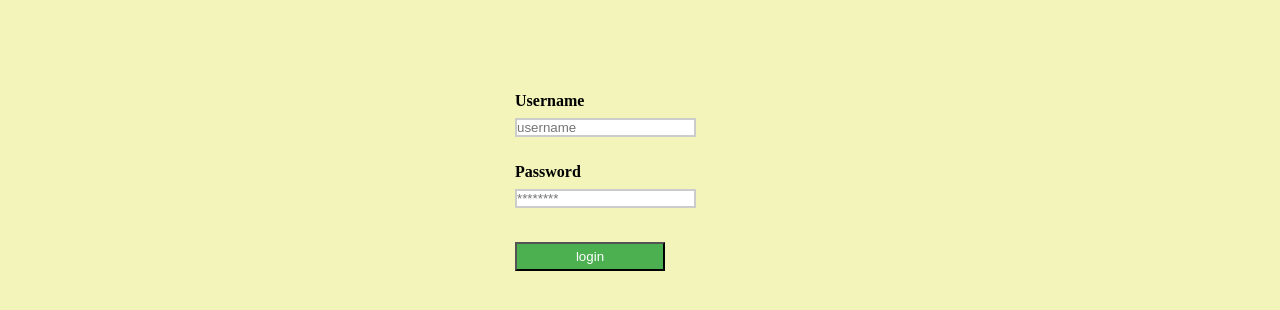
Repository: SriMerla/ServletsAndJsps
Page: http://localhost/WebApplicationProject/roles.jsp
An editor plug-in stored every save of this project. The page is shown before and after the next save, followed by the edit.
The browser window is 1280 px wide. The pictures show the whole page.
The page is served by Tomcat 9.

Above is the page before, as saved 2020-01-30 04:04:41.

After the next save:
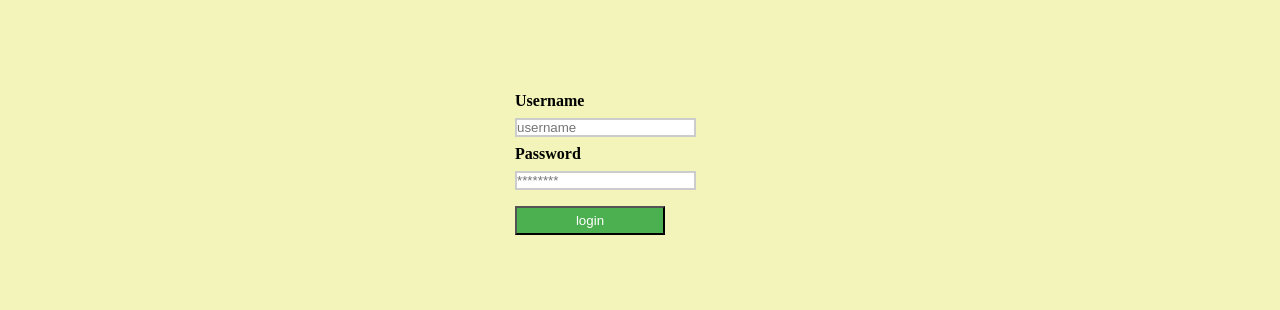
Saved 20 s later.
--- a/Servlets/WebApplicationProject/WebContent/roles.jsp
+++ b/Servlets/WebApplicationProject/WebContent/roles.jsp
@@ -12,9 +12,9 @@
   <div class="form-container">
   <form action="roles">
    <b>Username</b> <br>
-   <input type="text" name="username" placeholder="username"><br><br>
+   <input type="text" name="username" placeholder="username"><br>
    <b>Password</b> <br>
-   <input type="password" name="password" placeholder="********"><br><br>
+   <input type="password" name="password" placeholder="********"><br>
    <input type="submit" value="login">
 
   </form>
